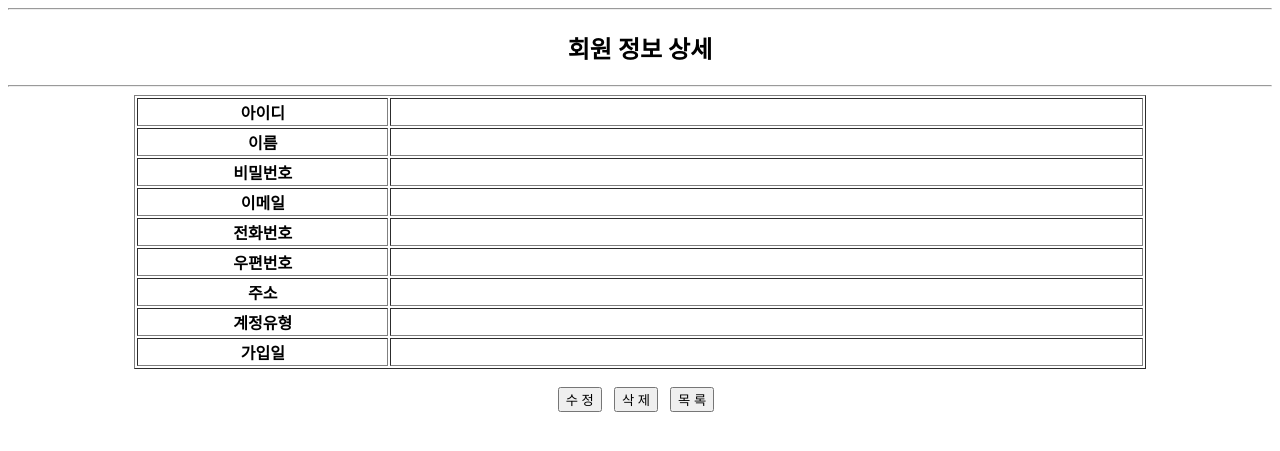
Repository: sunnny10/web-workspace
Page: http://localhost/Mission-Web/jsp/member/memberDetail.jsp
These files come from the project's save history. The page is drawn as it stood at one moment and after the next save; the edit follows.
The browser window is 1280 px wide. The pictures show the whole page.
The page is served by Tomcat 9. Other server files are loaded and not shown. Queries for data that is not in the repository find no rows.

Above is the page before, as saved 2022-06-09 06:37:14.

### Mission-Web/src/main/webapp/jsp/member/memberDetail.jsp
<%@page import="kr.ac.kopo.member.vo.MemberVO"%>
<%@page import="kr.ac.kopo.member.dao.MemberDAO"%>
<%@ page language="java" contentType="text/html; charset=UTF-8"
    pageEncoding="UTF-8"%>
<%
	//request.setCharacterEncoding("UTF-8");
	String id = request.getParameter("id");

	MemberDAO dao = new MemberDAO();
	MemberVO member = dao.selectById(id);

	pageContext.setAttribute("member", member);
%>

<!DOCTYPE html>
<html>
<head>
<meta charset="UTF-8">
<title>회원 정보 상세</title>
<script>
	function doAction(type){
		switch(type) {
		case 'U' :
			location.href = "update.jsp?no=${param.no}";
			break;
		case 'D' :
			if(confirm('삭제하시겠습니까?')) {
				location.href = "delete.jsp?no=${ param.no }"
			};
			break;
		case 'L' :
			location.href = "memberList.jsp";
			break;
		}
	}
</script>
</head>
<body>
	<div align="center">
		<hr>
		<h2>회원 정보 상세</h2>
		<hr>
		<table border="1" style="width:80%">
			<tr>
				<th width="25%">아이디</th>
				<td>${ member.id }</td>
			</tr>
			<tr>
				<th width="25%">이름</th>
				<td>${ member.name }</td>
			</tr>
			<tr>
				<th width="25%">비밀번호</th>
				<td>${ member.password }</td>
			</tr>
			<tr>
				<th width="25%">이메일</th>
				<td>${ member.email }</td>
			</tr>
			<tr>
				<th width="25%">전화번호</th>
				<td>${ member.tel }</td>
			</tr>
			<tr>
				<th width="25%">우편번호</th>
				<td>${ member.post }</td>
			</tr>
			<tr>
				<th width="25%">주소</th>
				<td>${ member.addr }</td>
			</tr>
			<tr>
				<th width="25%">계정유형</th>
				<td>${ member.type }</td>
			</tr>
			<tr>
				<th width="25%">가입일</th>
				<td>${ member.regDate }</td>
			</tr>
		</table>
		<br>
		<button onclick="doAction('U')">수   정</button>&nbsp;&nbsp;
		<button onclick="doAction('D')">삭   제</button>&nbsp;&nbsp;
		<button onclick="doAction('L')">목   록</button>&nbsp;&nbsp;
	</div>
</body>
</html>

### Mission-Web/src/main/java/kr/ac/kopo/member/dao/MemberDAO.java
package kr.ac.kopo.member.dao;

import java.sql.Connection;
import java.sql.PreparedStatement;
import java.sql.ResultSet;
import java.text.SimpleDateFormat;
import java.util.ArrayList;
import java.util.Date;
import java.util.List;

import kr.ac.kopo.member.vo.MemberVO;
import kr.ac.kopo.util.ConnectionFactory;

public class MemberDAO {

	/**
	 * 전체 회원 조회 메소드
	 */
	public List<MemberVO> selectAll() {
		List<MemberVO> list = new ArrayList<>();

		StringBuilder sql = new StringBuilder();
		sql.append("select ID, NAME, TYPE, to_char(REG_DATE, 'yyyy-mm-dd') reg_date");
		sql.append("	from t_member");
		sql.append(" order by reg_date desc");

		try(
				Connection conn = new ConnectionFactory().getConnection();
				PreparedStatement pstmt = conn.prepareStatement(sql.toString());
		){
			ResultSet rs = pstmt.executeQuery();

			while(rs.next()) {
					String id = rs.getString("id");
					String name = rs.getString("name");
					String type = rs.getString("type");
					String regDate = rs.getString("reg_date");

					MemberVO member = new MemberVO(id, name, type, regDate);

					list.add(member);
			}
		} catch(Exception e) {
			e.printStackTrace();
		}

		return list;
	}

	/**
	 * id에 따른 회원 상세 정보 조회 메소드
	 */
	public MemberVO selectById(String id) {

		StringBuilder sql = new StringBuilder();
		sql.append("select * from t_member");
		sql.append(" where id = ? ");

		try(
				Connection conn = new ConnectionFactory().getConnection();
				PreparedStatement pstmt = conn.prepareStatement(sql.toString());
		) {
			pstmt.setString(1, id);
			ResultSet rs = pstmt.executeQuery();

			if(rs.next()) {
				String memberId = rs.getString("id");
				String name = rs.getString("name");
				String password = rs.getString("password");
				String email = rs.getString("email_id") + "@" + rs.getString("email_domain");
				String tel = rs.getString("tel1") + "-" + rs.getString("tel2")  + "-" +  rs.getString("tel3");
				String post = rs.getString("post");
				String addr = rs.getString("basic_addr") + " " + rs.getString("detail_addr");
				String type = rs.getString("type");
				String regDate = rs.getString("reg_date");

				SimpleDateFormat simpleDateFormat = new SimpleDateFormat("yyyy-mm-dd");
				Date date = simpleDateFormat.parse(regDate);
				regDate = simpleDateFormat.format(date);

				MemberVO member = new MemberVO(memberId, name, password, email, tel, post, addr, type, regDate);

				return member;
			}

		} catch (Exception e) {
			e.printStackTrace();
		}

		return null;
	}
}

### Mission-Web/src/main/java/kr/ac/kopo/util/ConnectionFactory.java
package kr.ac.kopo.util;

import java.sql.Connection;
import java.sql.DriverManager;

public class ConnectionFactory {

	public Connection getConnection() {

		Connection conn = null;

		try {
			Class.forName("oracle.jdbc.driver.OracleDriver");

			String url = "jdbc:oracle:thin:@192.168.119.119:1521:dink";
			String user = "scott";
			String password = "tiger";

			conn = DriverManager.getConnection(url, user, password);

		} catch (Exception e) {	// throws Exception으로 넘기던지..
			e.printStackTrace();
		}

		return conn;
	}
}

After the next save:
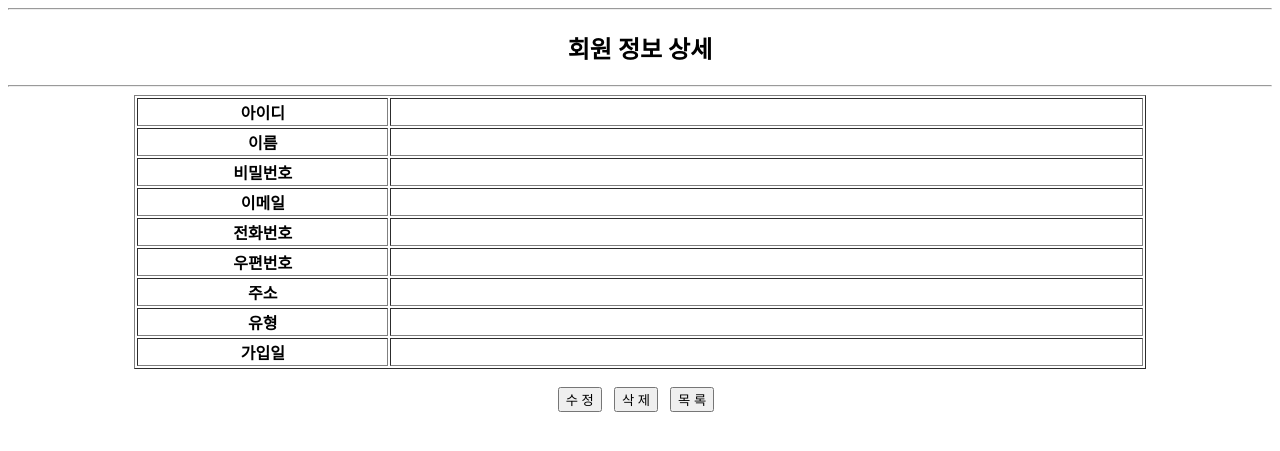
Saved 7 min 40 s later.
--- a/Mission-Web/src/main/webapp/jsp/member/memberDetail.jsp
+++ b/Mission-Web/src/main/webapp/jsp/member/memberDetail.jsp
@@ -21,11 +21,11 @@
 	function doAction(type){
 		switch(type) {
 		case 'U' :
-			location.href = "update.jsp?no=${param.no}";
+			location.href = "update.jsp?id=${param.id}";
 			break;
 		case 'D' :
 			if(confirm('삭제하시겠습니까?')) {
-				location.href = "delete.jsp?no=${ param.no }"
+				location.href = "delete.jsp?id=${ param.id }"
 			};
 			break;
 		case 'L' :
@@ -70,7 +70,7 @@
 				<td>${ member.addr }</td>
 			</tr>
 			<tr>
-				<th width="25%">계정유형</th>
+				<th width="25%">유형</th>
 				<td>${ member.type }</td>
 			</tr>
 			<tr>
